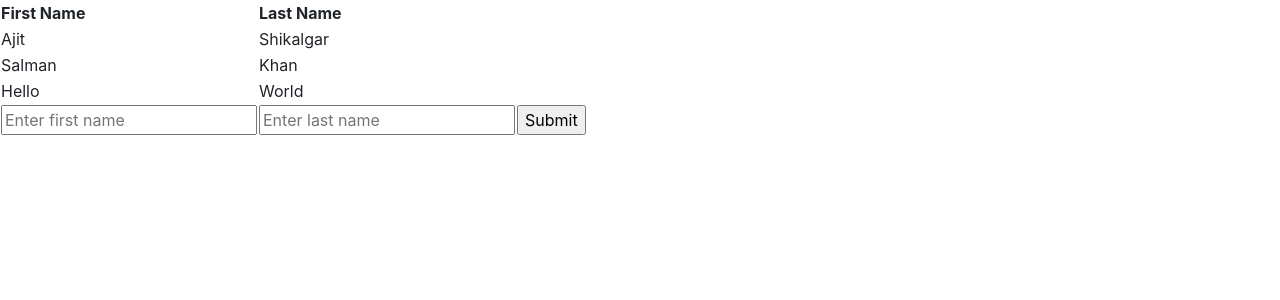
Repository: AjitMS/Angular
Page: angulardemo/WebContent/WEB-INF/index.html
An editor plug-in stored every save of this project. The page is shown before and after the next save, followed by the edit.
The browser window is 1280 px wide. The pictures show the whole page.
Some web libraries are served in a nearby version.

Above is the page before, as saved 2017-10-12 06:51:44.

After the next save:
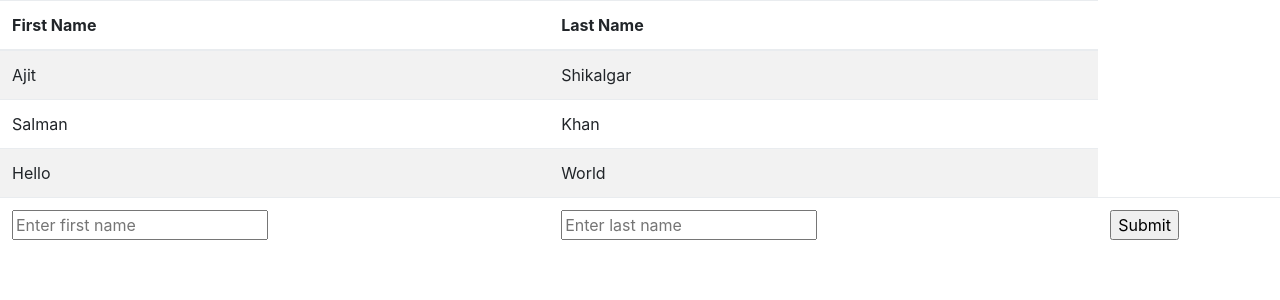
Saved 58 s later.
--- a/angulardemo/WebContent/WEB-INF/index.html
+++ b/angulardemo/WebContent/WEB-INF/index.html
@@ -26,7 +26,7 @@
 
 <body>
 	<div ng-controller="SampleController">
-		<table table table-striped table-hover>
+		<table class="table table-striped table-hover">
 			<thead>
 				<th>First Name</th>
 				<th>Last Name</th>
